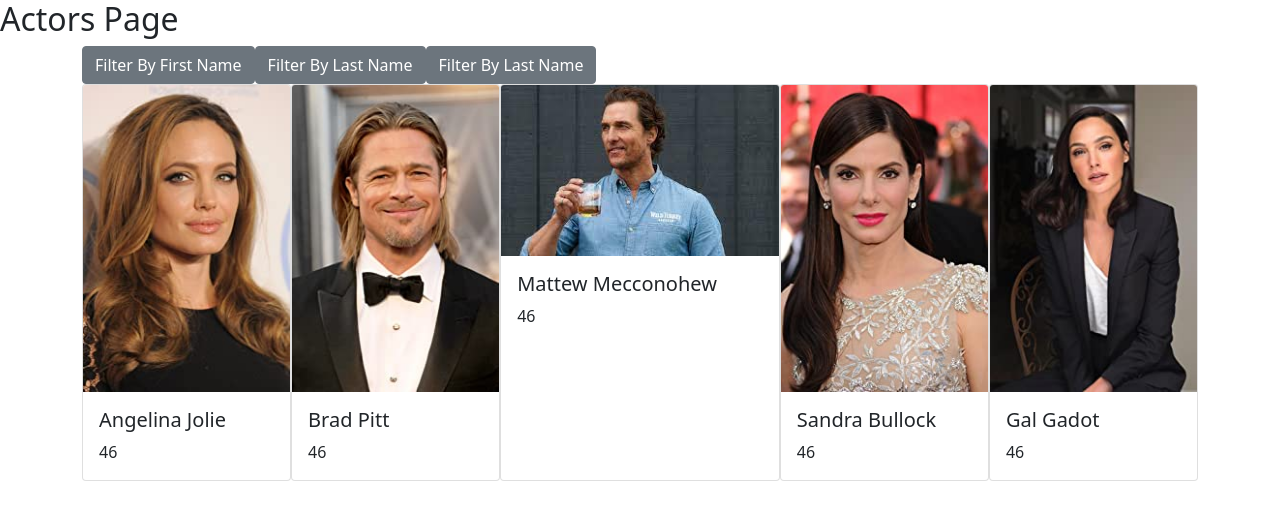
Repository: shuroo/FECourse-react-movieapp
Page: /
The author's editor kept a copy of each file at every save. The page is drawn from the files as they stood at one save, then again after the next save.
The browser window is 1280 px wide. The pictures show the whole page.
The project was rebuilt for these pictures with package versions that can differ from the ones it lists, and the page was loaded fresh each time. Also part of the build but not shown: src/App.css.

Above is the page before, as saved 2021-07-25 15:13:02.

### src/App.js
import logo from './logo.svg';
import './App.css';
import React, { useState } from 'react';
import 'bootstrap/dist/css/bootstrap.min.css';
import ActorsPage from './pages/ActorsPage';

function App() {
    return <ActorsPage / >
};

export default App;

### src/pages/ActorsPage.jsx
import React, { useState } from 'react';
import ActorModel from '../model/ActorModel';
//import SortComponent from "../components/SortComponent";
import ImgGallery from "../components/ImgGallery";
import 'bootstrap/dist/css/bootstrap.min.css';
import Button from 'react-bootstrap/Button';
import InputGroup from 'react-bootstrap/InputGroup';
import Row from 'react-bootstrap/Row';
import Container from 'react-bootstrap/Container';


function ActorsPage() {

    const allActors = [ new ActorModel("Angelina", "Jolie", new Date("04/06/1975"), "./angeline.jpg", "https://www.imdb.com/name/nm0001401/"),
    new ActorModel("Brad", "Pitt", new Date("04/06/1975"), "./brad_pitt.jpg", "https://www.imdb.com/name/nm0000093/"),
    new ActorModel("Mattew", "Mecconohew", new Date("04/06/1975"), "./mattehew_mecc.jpeg","https://www.imdb.com/name/nm0000190/"),
    new ActorModel("Sandra", "Bullock", new Date("04/06/1975"), "./sandra_bullock.jpg", "https://www.imdb.com/name/nm0000113/"),
    new ActorModel("Gal", "Gadot", new Date("04/06/1975"), "./gal_gadot.jpg", "https://www.imdb.com/name/nm0000113/")];

    const [actors, setActors] = useState(
        allActors
        )


    // firstName, lastName, birthday, image, imdbLink

    const [filterText, setFilterText] = useState("")
    const [sortCriteria, setSortCriteria] = useState("")

    function filterTextByEvent(e){
        let text = e.target.value;
        setFilterText(text);
        if(text === ""){
            setActors(allActors);
        }
    }
    function filterByFirstName(){
        let actorsFiltered = [...actors].filter(a=>a.firstName.startsWith(filterText));
        setActors(actorsFiltered);
    }

    function filterByLastName(){
         setActors(actors.filter(a=>a.lastName.startsWith(filterText)));
    }



    return (
        <div >
            <h2>Actors Page</h2>
            <Container>
            <InputGroup  type="text" value={filterText} onChange={(e)=>filterTextByEvent(e)}   placeholder="Filter Actors!"></InputGroup>
            <Button variant="secondary" onClick={filterByFirstName}>Filter By First Name</Button>
            <Button variant="secondary" onClick={filterByLastName}>Filter By Last Name</Button>
            <Button variant="secondary"  onClick={filterByLastName}>Filter By Last Name</Button>
            <Row> <ImgGallery actors={actors}/> </Row>
            </Container>

        </div>
    );
}

export default ActorsPage;

### src/model/ActorModel.jsx
class ActorModel{

    constructor(firstName, lastName, birthday, image, imdbLink){

        this.firstName = firstName;
        this.lastName = lastName;
        this.birthday = birthday;
        this.image = image;
        this.imdbLink = imdbLink;
        this.age = this.age.bind(this);
    }

    age(){
        var thisyear = new Date().getFullYear();
        var birthyear = this.birthday.getFullYear();
        return (thisyear - birthyear);
    }
}

export default ActorModel;

### src/components/ImgGallery.jsx
import React from "react";
import './CardComponent.css';
import CardComponent from "../components/CardComponent";

function ImgGallery({actors}){

    let actorsHtml = actors.map(act=><CardComponent key={act.firstName+"1"} actor={act}/>)


return(
<div className="gallery">{actorsHtml}</div>

)

}

export default ImgGallery;

### src/components/CardComponent.css
.actorImg {
    border-radius: 25%;
    object-fit: cover;
    height: 150px;
}

.col {
    display: flex;
    justify-content: space-around;
    align-items: flex-start;
    flex-basis: 15%;
}

.gallery {
    display: flex;
    align-items: stretch;
}

### src/components/CardComponent.jsx
import React from "react";
import './CardComponent.css';
import Card from 'react-bootstrap/Card'

function CardComponent({actor}) {

	return (

<Card>
<Card.Img variant="top" src={actor.image} alt={actor.firstName+" "+actor.lastName} />
<Card.Body>
  <Card.Title>{actor.firstName} {actor.lastName}</Card.Title>
  <Card.Text>
  {actor.age()}
    </Card.Text>

</Card.Body>
</Card>
	)
}

export default CardComponent;

Loaded but not shown: public/index.html (common file); src/index.js (common file); src/index.css (common file); src/reportWebVitals.js (common file)

After the next save:
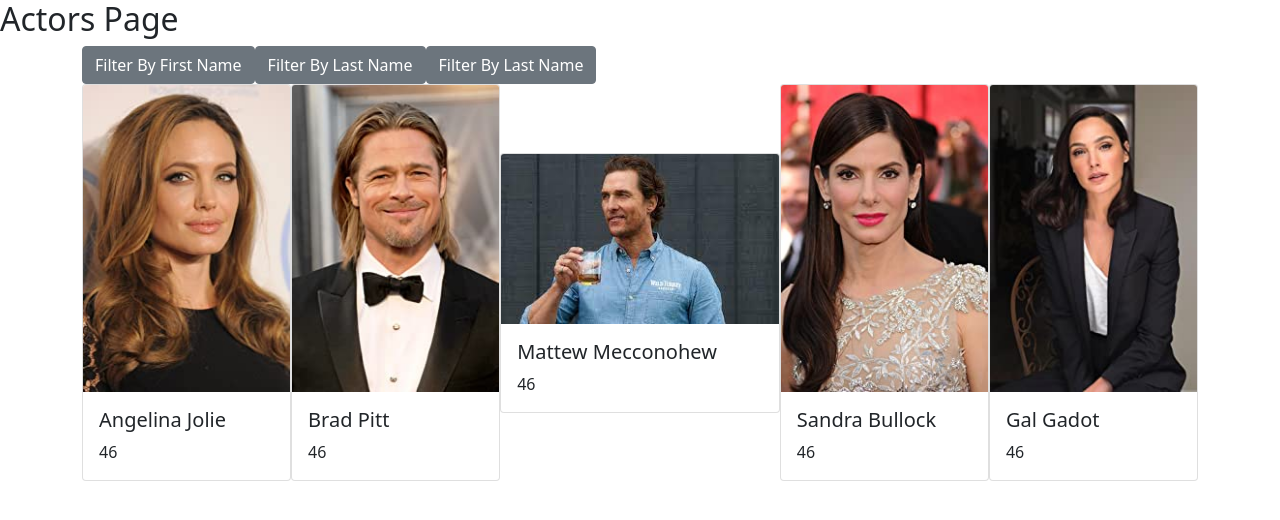
Saved 43 s later.
--- a/src/components/CardComponent.css
+++ b/src/components/CardComponent.css
@@ -13,5 +13,5 @@
 
 .gallery {
     display: flex;
-    align-items: stretch;
+    align-items: center;
 }
